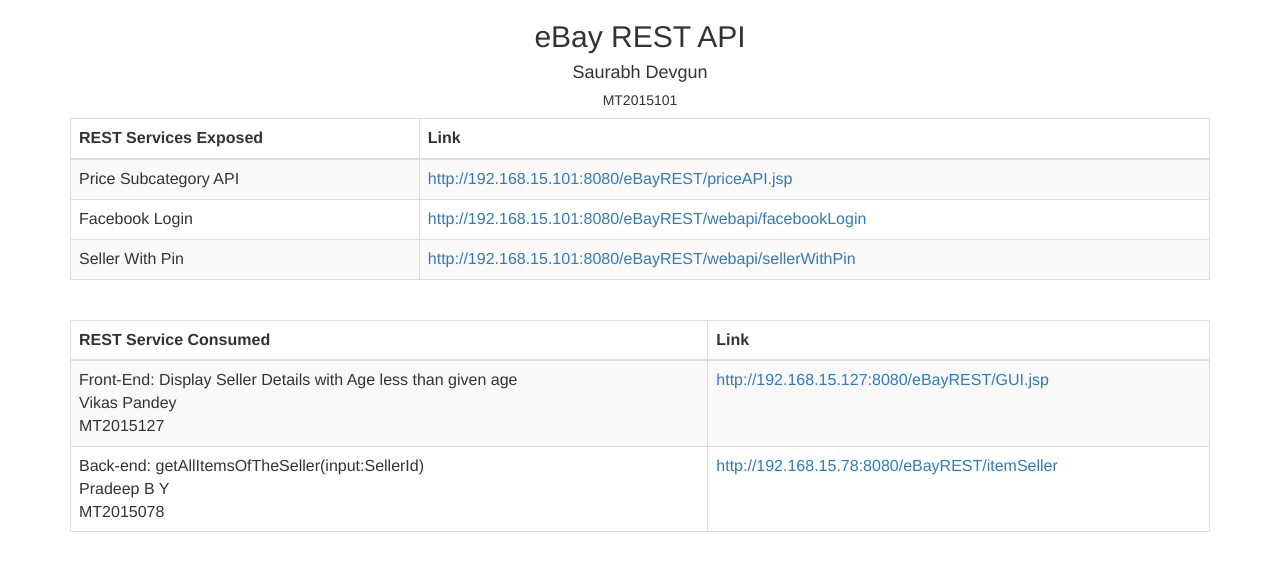
Repository: saurabh-devgun-iiitb/RESTProject
Page: http://localhost/eBayREST/
An editor plug-in stored every save of this project. The page is shown before and after the next save, followed by the edit.
The browser window is 1280 px wide. The pictures show the whole page.
The page is served by Tomcat 9. Other server files are loaded and not shown.

Above is the page before, as saved 2016-07-23 05:29:37.

### eBayREST/WebContent/index.jsp
<html>
<head>
  <meta name="viewport" content="width=device-width, initial-scale=1">
  <link rel="stylesheet" href="http://maxcdn.bootstrapcdn.com/bootstrap/3.3.6/css/bootstrap.min.css">
  <script src="https://ajax.googleapis.com/ajax/libs/jquery/1.12.4/jquery.min.js"></script>
  <script src="http://maxcdn.bootstrapcdn.com/bootstrap/3.3.6/js/bootstrap.min.js"></script>
</head>
<body>
	<div align="center">
	    <h2>eBay REST API</h2>
	    <h4>Saurabh Devgun</h4>
	    <h5>MT2015101</h5>
    </div>
    <div class = "container">
    <table class="table table-hover table-striped table-bordered">
      <thead>
        <tr>
          <th>REST Services Exposed</th>
          <th>Link</th>
        </tr>
      </thead>
      <tbody>
        <tr>
          <td>Price Subcategory API</td>
          <td><a href="priceAPI.jsp">http://192.168.15.101:8080/eBayREST/priceAPI.jsp</a></td>
        </tr>
        <tr>
          <td>Facebook Login</td>
          <td><a href="loginThroughFacebook.jsp">http://192.168.15.101:8080/eBayREST/webapi/facebookLogin</a></td>
        </tr>
        <tr>
          <td>Seller With Pin</td>
          <td><a href="sellerWithPin.jsp">http://192.168.15.101:8080/eBayREST/webapi/sellerWithPin</a></td>
        </tr>
      </tbody>
    </table>
    </div>
    <br>
    <div class="container">
    	<table class="table table-hover table-striped table-bordered">
      <thead>
        <tr>
          <th>REST Service Consumed</th>
          <th>Link</th>
        </tr>
      </thead>
      <tbody>
        <tr>
          <td>Front-End: Display Seller Details with Age less than given age<br>Vikas Pandey<br>MT2015127</td>
          <td><a href="http://192.168.15.127:8080/eBayREST/GUI.jsp">http://192.168.15.127:8080/eBayREST/GUI.jsp</a></td>
        </tr>
        <tr>
          <td>Back-end: getAllItemsOfTheSeller(input:SellerId)<br>Pradeep B Y<br>MT2015078</td>
          <td><a href="http://192.168.15.6:8080/eBayREST/sellerRating.jsp">http://192.168.15.78:8080/eBayREST/itemSeller</a></td>
        </tr>
      </tbody>
    </table>
    </div>
    <!--
    <p><a href="priceAPI.jsp">Price API</a></p>
    <p><a href="loginThroughFacebook.jsp">Login through Facebook</a></p>
    <p><a href="sellerWithPin.jsp">Get Sellers In City with pin</a></p>
    -->
</body>
</html>

After the next save:
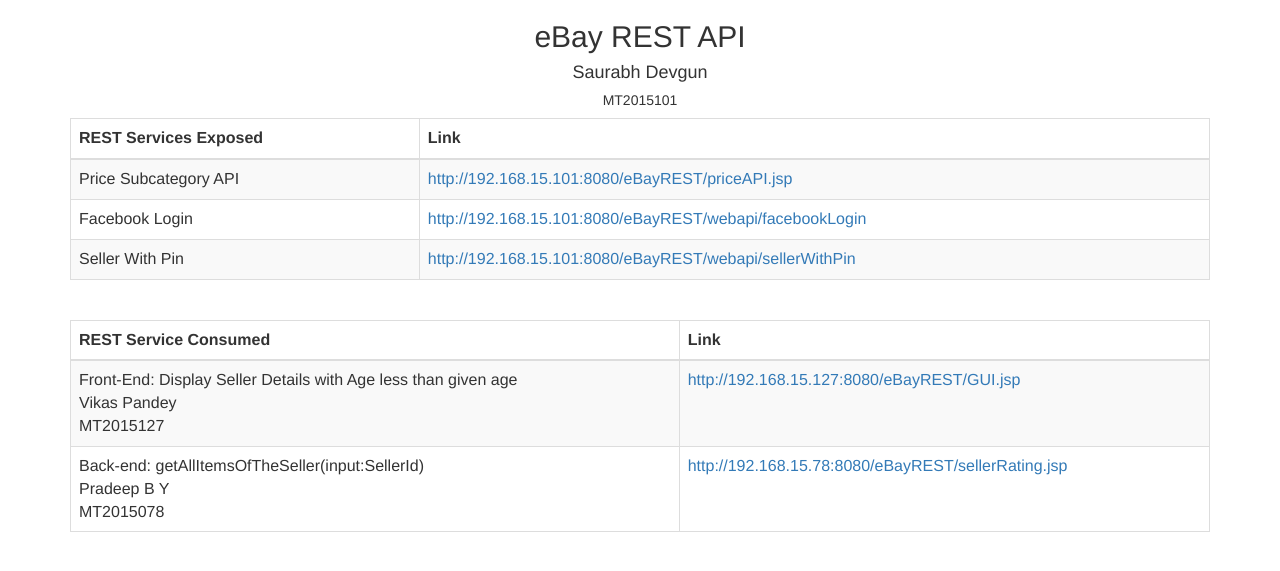
Saved 12 s later.
--- a/eBayREST/WebContent/index.jsp
+++ b/eBayREST/WebContent/index.jsp
@@ -51,7 +51,7 @@
         </tr>
         <tr>
           <td>Back-end: getAllItemsOfTheSeller(input:SellerId)<br>Pradeep B Y<br>MT2015078</td>
-          <td><a href="http://192.168.15.6:8080/eBayREST/sellerRating.jsp">http://192.168.15.78:8080/eBayREST/itemSeller</a></td>
+          <td><a href="http://192.168.15.6:8080/eBayREST/sellerRating.jsp">http://192.168.15.78:8080/eBayREST/sellerRating.jsp</a></td>
         </tr>
       </tbody>
     </table>
